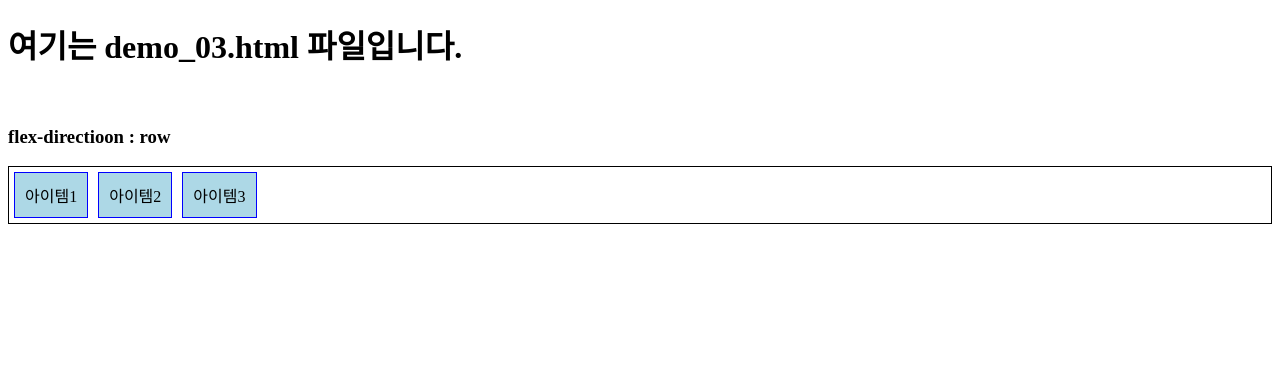
Repository: kimmingyeong225/totalJSP
Page: class_flexbox_011/src/main/webapp/demo_03.html
These files come from the project's save history. The page is drawn as it stood at one moment and after the next save; the edit follows.
The browser window is 1280 px wide. The pictures show the whole page.

Above is the page before, as saved 2024-07-01 00:51:12.

After the next save:
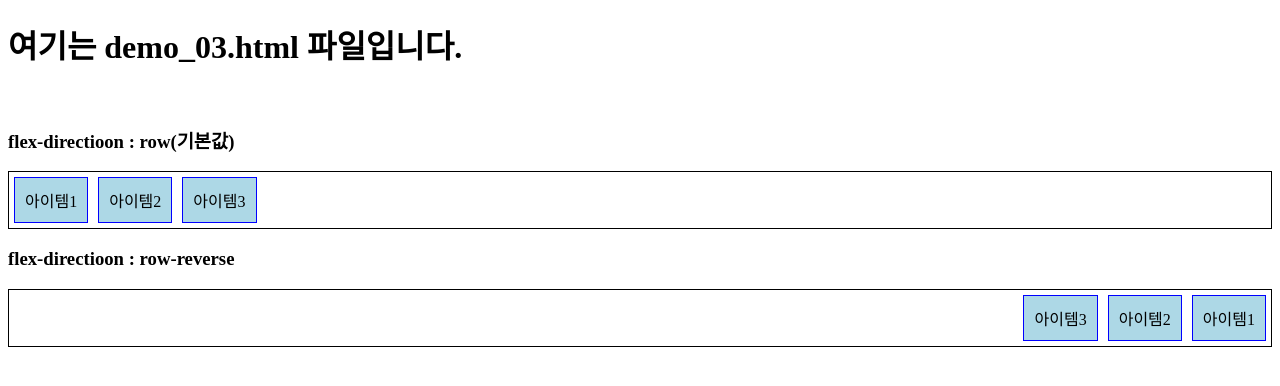
Saved 13 min 8 s later.
--- a/class_flexbox_011/src/main/webapp/demo_03.html
+++ b/class_flexbox_011/src/main/webapp/demo_03.html
@@ -8,6 +8,7 @@
 	.container {
 		display: flex;
 		border: 1px solid black;
+		flex-direction: row;
 	}
 
 	.item {
@@ -15,6 +16,7 @@
 		padding: 10px;
 		margin: 5px;
 		border: 1px solid blue;
+
 	}
 
 </style>
@@ -23,8 +25,16 @@
  	<!--  http://localhost:8080/demo1/demo_03.html  -->
     <h1>여기는 demo_03.html 파일입니다.</h1>
     <br>
-    <h3>flex-directioon : row</h3>
+
+    <h3>flex-directioon : row(기본값)</h3>
     <div class="container">
+    	<div class="item">아이템1</div>
+    	<div class="item">아이템2</div>
+    	<div class="item">아이템3</div>
+    </div>
+
+        <h3>flex-directioon : row-reverse</h3>
+    <div class="container" style="flex-direction: row-reverse;">
     	<div class="item">아이템1</div>
     	<div class="item">아이템2</div>
     	<div class="item">아이템3</div>
